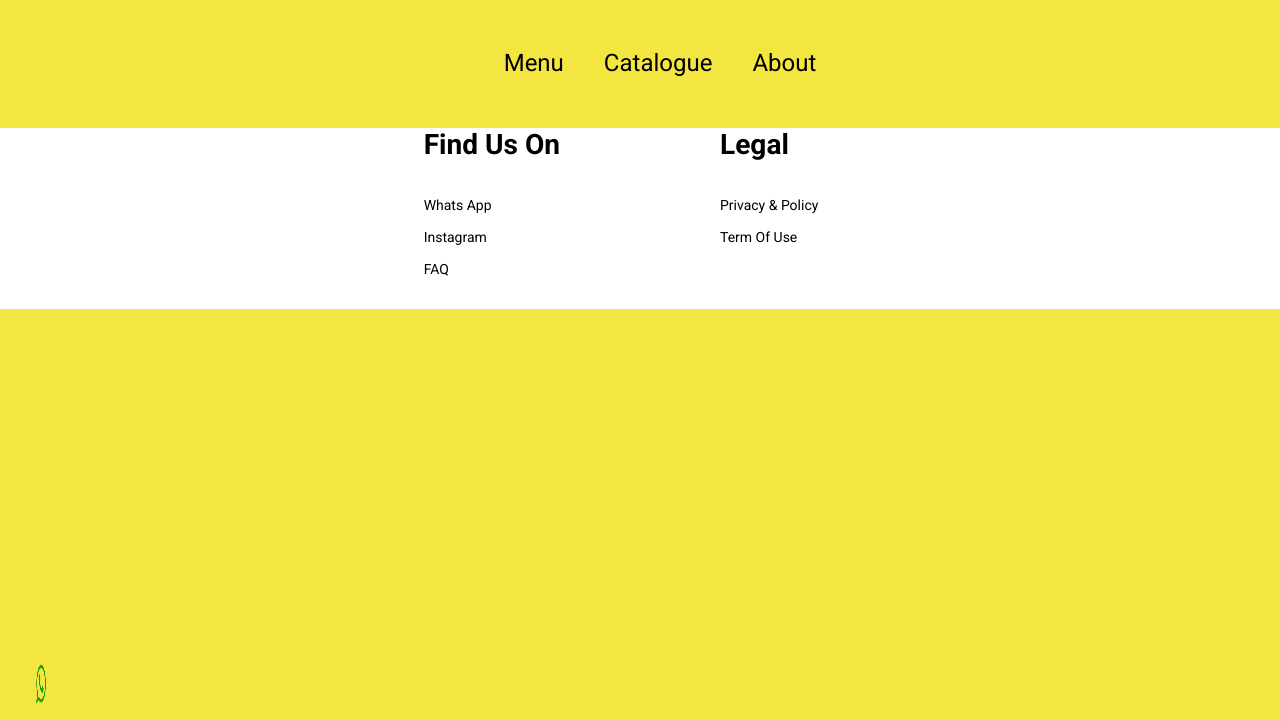
Repository: Fauzaanmhmd/Skripsi
Page: /about
An editor plug-in stored every save of this project. The page is shown before and after the next save, followed by the edit.
The browser window is 1280 px wide. The pictures show the whole page.
The project was rebuilt for these pictures with package versions that can differ from the ones it lists, and the page was loaded fresh each time. The framework's server and built-in components were replaced by stand-ins that run in the browser. Also part of the build but not shown: next.config.js, components/background.js.

Above is the page before, as saved 2021-06-01 07:50:21.

### pages/about/index.js
import Layout from "../../components/Layout"

export default function About({ recipes }) {
    return (
        <Layout>
        </Layout>

    )
}

### styles/globals.css
@import url('https://fonts.googleapis.com/css2?family=Roboto:ital,wght@0,100;0,300;0,400;0,500;0,700;0,900;1,100;1,300;1,400;1,500;1,700;1,900&display=swap');

body {
  background: #F4E640;
  margin: 0;
  font-family: 'Roboto';
  font-size: 1.5em;
}
.layout {
  min-height: 100vh;
  display: flex;
  flex-direction: column;
}
header {
  text-align: center;
}
header a {
  text-decoration: none;
  color: black;
  text-transform: uppercase;
  display: inline-block;
}
header h1, header h2 {
  margin: 0;
}
header span {
  display: block;
  line-height: 1em;
}
header span:first-child {
  font-size: 1em;
  font-weight: 400;
}
header span:last-child {
  font-size: 1.5em;
  font-weight: 800;
}
header h2 {
  font-size: 1.2em;
  font-weight: 400;
}

.page-content {
  max-width: 1200px;
  margin: 20px auto 80px;
  padding: 0 20px;
  width: 100%;
  box-sizing: border-box;
}

ul{
  list-style-type: none;
  display: flex;
}

.ul_foot {
  display: flex;
  flex-direction: column;
  width: 100%;
}

.socmed {
  display: fixed;
  flex-direction: column;
  bottom: 0;
  left: 0;

}

.ul_foot > li {
  border-bottom: none;
}

.ul_foot >li:hover {
  border-bottom: none;
}
li {
  margin: 20px;
  cursor: pointer;
  border-bottom: 2px solid #F4E640;
}
li:hover {
background-color: transparent;
border-bottom: 2px solid black;
}
.navimg{
  position: absolute;
  left: 20px;
}
.zoom:hover {
  -ms-transform: scale(1.5); /* IE 9 */
  -webkit-transform: scale(1.5); /* Safari 3-8 */
  transform: scale(1.5);
  transition: transform .9s;
}

img {
  width: 550px;
  height: 380px;
  margin: 10px 0 0 0;
  padding: 10px 20px 0px 20px;
  display: flex;
  justify-content: center;
  align-items: center;
  position: relative;
  cursor: pointer;
}

img:hover {
  -ms-transform: scale(1.1); /* IE 9 */
  -webkit-transform: scale(1.1); /* Safari 3-8 */
  transform: scale(1.1);
  transition: transform .9s;
}

.image {
  display: grid;
  grid-template-columns: repeat(2,minmax(0,1fr));
  grid-gap: 5rem;
}

.img_product{
  width: 550px;
  height: 380px;
  margin: auto;
  margin-top: 150px;
  padding: 10px 20px 0px 20px;
  display: flex;
  justify-content: center;
  align-items: center;
  position: relative;
  cursor: pointer;
}

.button {
  cursor : pointer;
  margin: 0 30px;
  padding: 0 20px;
  width: 100px;
}

.button {
  cursor: pointer;
  border-bottom-width: 2px;
  background-color: #4CAF50;
  color: white;
  padding: 12px 20px;
  border: none;
  border-radius: 4px;
  cursor: pointer;
  float: center;
}

.img-bg {
  display: flex;
  background-color: white;
  flex-direction: column;
  justify-content: center;
  align-items: center;
  width: 65%;
  height: 150px;
  margin: -30px 130px 40px 130px;
  grid-template-columns: repeat(2,minmax(0,1fr));
}

.zoom-dropdown:hover {
  -ms-transform: scale(1.5); /* IE 9 */
  -webkit-transform: scale(1.5); /* Safari 3-8 */
  transform: scale(1.5);
  transition: transform .9s;
}

.zoom_wrapper {
  margin-top: 120px;
  width: 100%;
  text-align: center;
}

.form_catalogue {
  display: flex;
  background-color: white;
  flex-direction: column;
  justify-content: center;
  align-items: center;
  width: 100%;
  height: auto;
  margin: 20px 130px 140px 0px;
  border-radius: 20px;
}

section {
  background-color: white;
  padding: 1rem 1rem;
  border-radius: 20px;
}
.input-field {
  background:rgba(255,255,255,0.1);
  margin-bottom:10px;
  margin-top:3px;
  line-height:1.5em;
  font-size:20px;
  font-size:1.3rem;
  border:none;
  padding:5px 10px 5px 10px;
  color:black;
  box-sizing:border-box;
  width:100%;
  margin-left:auto;
  margin-right:auto;
}

* {
  box-sizing: border-box;
}

input[type=text], select, textarea {
  width: 100%;
  padding: 12px;
  border: 1px solid #ccc;
  border-radius: 4px;
  resize: vertical;
}

label {
  padding: 12px 12px 12px 0;
  display: inline-block;
}

input[type=submit] {
  background-color: #4CAF50;
  color: white;
  padding: 12px 20px;
  border: none;
  border-radius: 4px;
  cursor: pointer;
  float: right;
}

input[type=submit]:hover {
  background-color: #45a049;
}

.container {
  border-radius: 5px;
  background-color: #f2f2f2;
  padding: 20px;
}

.col-25 {
  float: left;
  width: 25%;
  margin-top: 6px;
}

.col-75 {
  float: left;
  width: 75%;
  margin-top: 6px;
}

/* Clear floats after the columns */
.row:after {
  content: "";
  display: table;
  clear: both;
}

.form {
  text-align: center;
  margin-top: 130px;
}

.form_button {
  border-bottom-width: 2px;
  background-color: #4CAF50;
  color: white;
  padding: 12px 20px;
  border: none;
  border-radius: 4px;
  cursor: pointer;
  float: right;
}

.swal-title {
  margin: 0px;
  font-size: 16px;
  box-shadow: 0px 1px 1px rgba(0, 0, 0, 0.21);
  margin-bottom: 28px;
}


.navbar {
  display: flex;
  justify-content: center;
  padding: 5px 20px;
  align-items: center;
  background-color: #F4E640;
  flex-direction: column-reverse;
  position: fixed;
  z-index: 999;
  width: 100%;
}

/* footer {
  background: white;
  color: black;
  padding: 40px;
  text-align: center;
  display: flex;
  align-items: center;
  width: 100%;
  justify-content: space-around
} */
footer {
  display: flex;
  justify-content: center;
  background-color: white;
}

.footer_inner {
  display: grid;
  grid-template-columns: repeat(2, minmax(0, 1fr));
  grid-gap: 10rem;
}

.footer_list{
  display: flex;
  flex-direction: column;
  padding-left: 0;
}

.footer_listItem {
  margin: .5rem 0;
  font-size: 14px;
  border-bottom: none;
}

.footer_list a {
  text-decoration: none;
  color: black;
}
.icon_wa {
  position: fixed;
  z-index: 99999;
  bottom: 16px;
  left: 16px;
}

.icon_waImg {
  height: 50px;
  width: 50px;
}

.content a {
  background-color: #45a049;
  padding: 10px 20px;
  border-radius: 30px;
  color: black;
  text-decoration: none;
  width: fit-content;
}

.content {
  float: left;
  padding: 10px;
  text-decoration: none;
}

.socmed a {
  margin: 10px;
}

.modal {
  display: flex;
  justify-content: center;
  align-items: center;
  position: fixed;
  top: 0;
  right: 0;
  bottom: 0;
  background-color: #0000009c;
  left: 0;
  z-index: 1000;
}

.modal_container{
  width: 500px;
  height: 100px;
  padding-left: -5px;
  background-color: white;
  border-radius: 6px;
  position: relative;
  text-align: center;
  padding-top: 15px;
  padding-right: 60px;
  font-size: 22px;
}

.button_click {
  position: absolute;
  top: 1rem;
  right: 2rem;
  cursor: pointer;
}

.fa-check-square:before {
  position: relative;
  right: 0;
  content: "\f14a";
  font-size: 60px;
  color: #45a049;
}

.background {
  display: flex;
  padding: 20px 20px;
}

.background_judul {
  display: flex;
  justify-content: center;
  align-items: center;
  width: 50%;
}

.bg_img {
  margin-top: 100px;
  width: 99vw;
  position: relative;
}

.bg_text {
  background-color: transparent;
}

### components/Layout.js
import Link from 'next/link'
import Navbar from './Navbar'
import Background from './background'

export default function Layout({ children, withBackground, judul }) {

  return (
    <div className="layout">
      <header>
        <Navbar />
      </header>

      {
        withBackground &&
        <>
          <Background />
          {
            judul
          }
        </>
      }

      <div className="page-content">
        {children}
      </div>

      <footer>
        <div className="footer_inner">
          <div className="footer_item">
            <h3>Find Us On</h3>
            <ul className="footer_list">
              <a target="blank" href="https://wa.link/74wpl7">
                <li className="footer_listItem">Whats App</li>
              </a>
              <a target="blank" href="http://www.instagram.com/fauzaan.mhmd/">
                <li className="footer_listItem">Instagram</li>
              </a>
              <Link href={`/catalogue/privacypolicy`}>
                <li className="footer_listItem">FAQ</li>
              </Link>
            </ul>
          </div>
          <div className="footer_item">
            <h3>Legal</h3>
            <ul className="footer_list">
              <Link href={`/catalogue/privacypolicy`}>
                <li className="footer_listItem">Privacy & Policy</li>
              </Link>
              <Link href={`/catalogue/termofuse`}>
                <li className="footer_listItem">Term Of Use</li>
              </Link>
            </ul>
          </div>
        </div>
        <div className="icon_wa">
          <img className="icon_waImg" src="../public/img/wa.png" alt="" />
          <a target="blank" href="https://wa.link/74wpl7"></a>
        </div>
      </footer>
    </div >
  )
}

### components/Navbar.js
import Link from 'next/link'

const Navbar = props => {
    return (
        <div className="navbar">
            <ul className="navbar_menu">
                <Link href="/">
                    <li className="zoom">Menu</li>
                </Link>
                <Link href="/catalogue">
                    <li className="zoom-dropdown">Catalogue</li>
                </Link>
                <Link href="/about">
                    <li className="zoom">About</li>
                </Link>
            </ul>
        </div>
    )
}

export default Navbar

Loaded but not shown: pages/_app.js (common file)

After the next save:
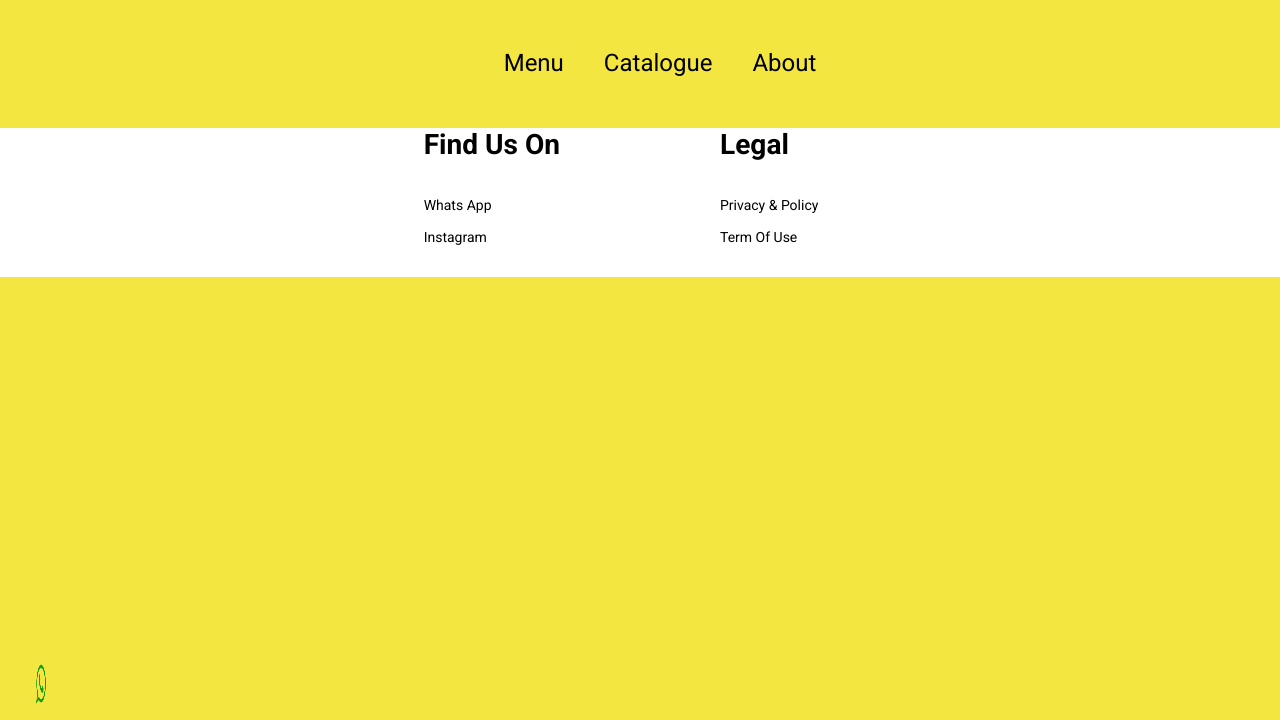
Saved 38 s later.
--- a/components/Layout.js
+++ b/components/Layout.js
@@ -35,9 +35,6 @@
               <a target="blank" href="http://www.instagram.com/fauzaan.mhmd/">
                 <li className="footer_listItem">Instagram</li>
               </a>
-              <Link href={`/catalogue/privacypolicy`}>
-                <li className="footer_listItem">FAQ</li>
-              </Link>
             </ul>
           </div>
           <div className="footer_item">
